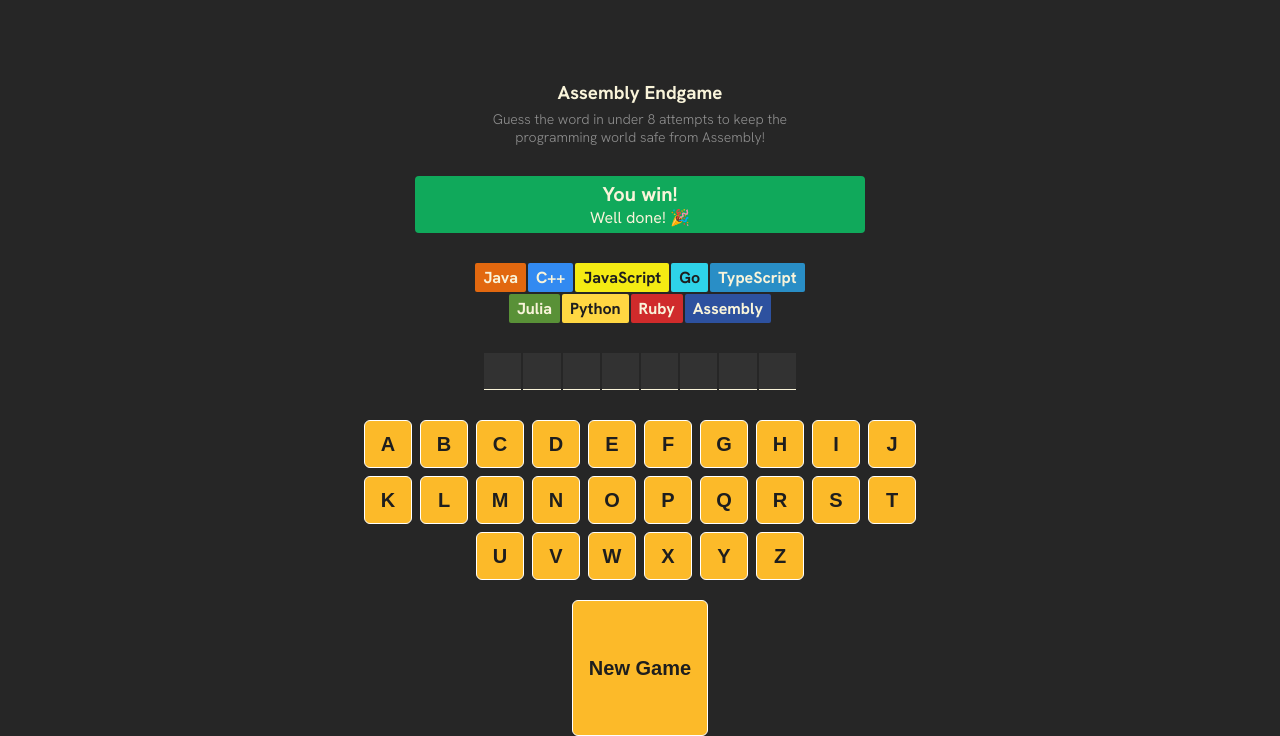
Repository: AchrafAzzaoui/AssemblyEndgame
Page: / (app in assembly-endgame/)
These files come from the project's save history. The page is drawn as it stood at one moment and after the next save; the edit follows.
The browser window is 1280 px wide. The pictures show the whole page.
The project was rebuilt for these pictures with package versions that can differ from the ones it lists, and the page was loaded fresh each time. Also part of the build but not shown: assembly-endgame/vite.config.js.

Above is the page before, as saved 2024-12-25 15:51:31.

### assembly-endgame/index.html
<!DOCTYPE html>
<html lang="en">
  <head>
    <meta charset="UTF-8" />
    <link rel="icon" type="image/svg+xml" href="/vite.svg" />
    <meta name="viewport" content="width=device-width, initial-scale=1.0" />
    <link
      href="https://fonts.googleapis.com/css2?family=Hanken+Grotesk:wght@300;400;500;600;700&display=swap"
      rel="stylesheet"
    />
    <title>Assembly Endgame</title>
  </head>
  <body>
    <div id="root"></div>
    <script type="module" src="/src/main.jsx"></script>
  </body>
</html>

### assembly-endgame/src/index.css
* {
  margin: 0;
  padding: 0;
  box-sizing: border-box;
}
body {
  font-family: "Hanken Grotesk", sans-serif;
  background-color: #262626;
  color: #d9d9d9;
  padding: 80px 40px;
  height: 100vh;
  display: flex;
  justify-content: center;
}

header {
  text-align: center;
}

.game-title {
  color: #f9f4da;
}
.game-description {
  margin-top: 5px;
  font-weight: 300;
  color: #8e8e8e;
  font-size: 0.875rem;
  max-width: 350px;
}
.game-description,
.game-title {
  text-align: center;
}

/* status */
.game-status {
  width: 100%;
  max-width: 450px;
  background-color: #10a95b;
  color: #f9f4da;
  display: flex;
  flex-direction: column;
  justify-content: space-evenly;
  align-items: center;
  padding: 5px 20px;
  margin: 20px 0;
  border-radius: 4px;
  margin-block: 30px;
}

.game-status h2 {
  font-size: 1.25rem;
  /* margin: 5px; */
}

/* language tags */
.language-tags-container {
  display: flex;
  justify-content: center;
  flex-wrap: wrap;
  gap: 2px;
  max-width: 350px;
}

.language-tag {
  padding: 0.25rem 0.5rem;
  border-radius: 2px;
}

main {
  width: 100%;
  max-width: 600px;
  display: flex;
  flex-direction: column;
  align-items: center;
}

/* letter tiles and word container*/

.word-display {
  width: 100%;
  max-width: 350px;
  display: flex;
  gap: 2px;
  justify-content: center;
  align-items: center;
  margin-top: 30px;
}

.letter-tile {
  background-color: #323232;
  color: #fff;
  padding: 0rem 1rem;
  border-bottom: 1px solid #f9f4da;
  min-width: 2rem;
  text-align: center;
  font-size: 1.25rem;
  aspect-ratio: 1/1;
}

/* keyboard and letter buttons */
.keyboard {
  display: flex;
  flex-wrap: wrap;
  justify-content: center;
  gap: 8px;
  margin-top: 30px;
}

.letter-button {
  background-color: #fcba29;
  color: #1e1e1e;
  padding: 0rem;
  border: 0.5px solid white;
  min-width: 3rem;
  text-align: center;
  font-size: 1rem;
  aspect-ratio: 1/1;
  border-radius: 6px;
  font-weight: 600;
  font-size: 1.25rem;
  line-height: 1.5rem;
  cursor: pointer;
}

/* New game button */

.new-game-button {
  background-color: #fcba29;
  color: #1e1e1e;
  padding: 0.5rem 1rem;
  border: 0.5px solid white;
  min-width: 3rem;
  text-align: center;
  font-size: 1rem;
  aspect-ratio: 1/1;
  border-radius: 6px;
  font-weight: 600;
  font-size: 1.25rem;
  line-height: 1.5rem;
  cursor: pointer;
  margin-top: 20px;
}

### assembly-endgame/src/App.jsx
import { useState } from "react";
import Status from "./components/Status.jsx";
import LanguageTags from "./components/LanguageTags.jsx";
import WordDisplay from "./components/WordDisplay.jsx";
import Keyboard from "./components/Keyboard.jsx";
import NewGameButton from "./components/NewGameButton.jsx";

export default function App() {
  const [currentWord, setCurrentWord] = useState("");

  return (
    <main>
      <header>
        <h3 className="game-title">Assembly Endgame</h3>
        <p className="game-description">
          Guess the word in under 8 attempts to keep the programming world safe
          from Assembly!
        </p>
      </header>
      <Status />
      <LanguageTags />
      <WordDisplay currentWord={currentWord} correctWord={"REFACTOR"} />
      <Keyboard />
      <NewGameButton />
    </main>
  );
}

### assembly-endgame/src/components/Status.jsx
import { useState } from "react";

export default function Status() {
  return (
    <div className="game-status">
      <h2>You win!</h2>
      <p>Well done! 🎉</p>
    </div>
  );
}

### assembly-endgame/src/components/LanguageTags.jsx
import { useState } from "react";
import { languages } from "../data/languages.js";

export default function LanguageTags() {
  const languageTags = languages.map((language) => {
    const { name, backgroundColor, color } = language;
    return (
      <div
        className="language-tag"
        style={{ backgroundColor: backgroundColor, color: color }}
      >
        <h4>{name}</h4>
      </div>
    );
  });
  return <div className="language-tags-container">{languageTags}</div>;
}

### assembly-endgame/src/components/WordDisplay.jsx
import { useState } from "react";

export default function WordDisplay({ currentWord, correctWord }) {
  const currWordLetters = currentWord
    .split("")
    .map((letter) => letter.toUpperCase());
  const correctWordLetters = correctWord
    .split("")
    .map((letter) => letter.toUpperCase());

  const letterTiles = correctWordLetters.map((letter, index) => {
    return (
      <span className="letter-tile" key={index}>
        {currWordLetters[index] || "\u00A0"}
      </span>
    );
  });
  return <div className="word-display">{letterTiles}</div>;
}

### assembly-endgame/src/components/Keyboard.jsx
export default function Keyboard() {
  const letters = "ABCDEFGHIJKLMNOPQRSTUVWXYZ".split("");
  const letterButtons = letters.map((letter) => {
    return (
      <button key={letter} className="letter-button">
        {letter}
      </button>
    );
  });
  return <div className="keyboard">{letterButtons}</div>;
}

### assembly-endgame/src/components/NewGameButton.jsx
export default function NewGameButton() {
  return <button className="new-game-button">New Game</button>;
}

### assembly-endgame/src/data/languages.js
export const languages = [
  {
    name: "Java",
    backgroundColor: "#E2680F",
    color: "#F9F4DA",
  },
  {
    name: "C++",
    backgroundColor: "#328AF1",
    color: "#F9F4DA",
  },
  {
    name: "JavaScript",
    backgroundColor: "#F4EB13",
    color: "#1E1E1E",
  },
  {
    name: "Go",
    backgroundColor: "#2ED3E9",
    color: "#1E1E1E",
  },
  {
    name: "TypeScript",
    backgroundColor: "#298EC6",
    color: "#F9F4DA",
  },
  {
    name: "Julia",
    backgroundColor: "#599137",
    color: "#F9F4DA",
  },
  {
    name: "Python",
    backgroundColor: "#FFD742",
    color: "#1E1E1E",
  },
  {
    name: "Ruby",
    backgroundColor: "#D02B2B",
    color: "#F9F4DA",
  },
  {
    name: "Assembly",
    backgroundColor: "#2D519F",
    color: "#F9F4DA",
  },
];

Loaded but not shown: assembly-endgame/src/main.jsx (common file)

After the next save:
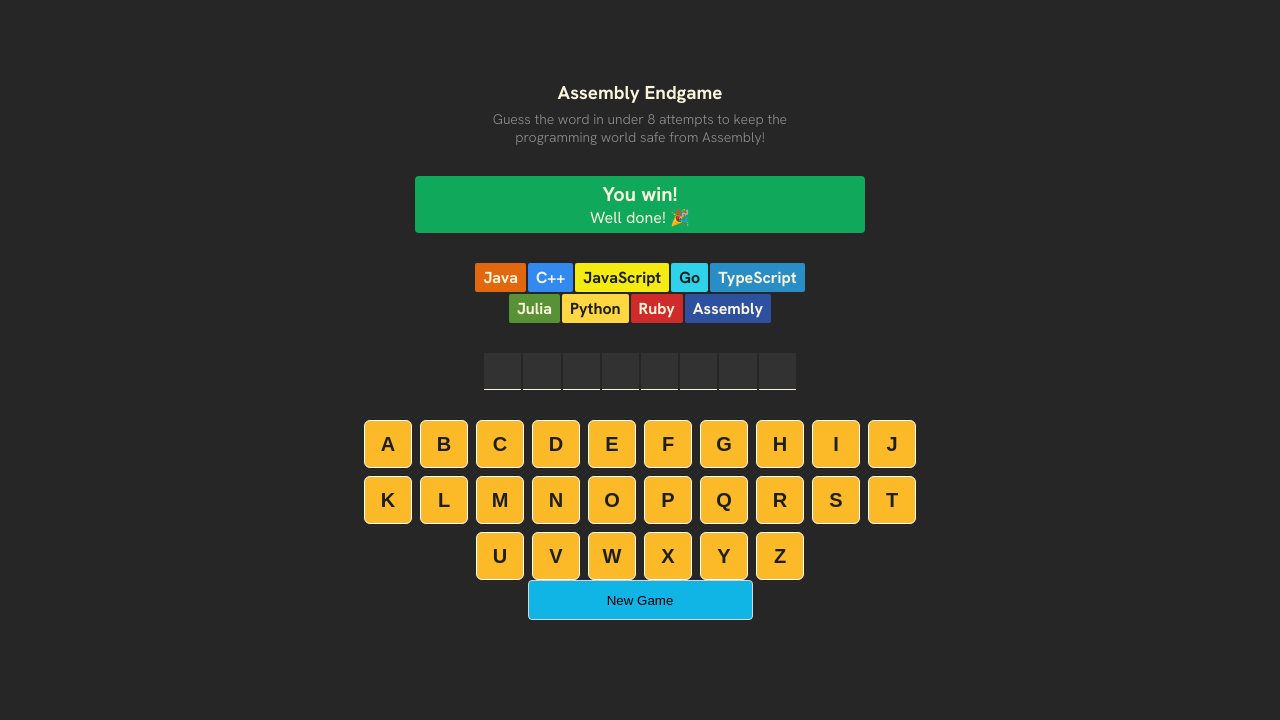
Saved 27 s later.
--- a/assembly-endgame/src/index.css
+++ b/assembly-endgame/src/index.css
@@ -126,18 +126,13 @@
 /* New game button */
 
 .new-game-button {
-  background-color: #fcba29;
-  color: #1e1e1e;
-  padding: 0.5rem 1rem;
-  border: 0.5px solid white;
-  min-width: 3rem;
-  text-align: center;
-  font-size: 1rem;
-  aspect-ratio: 1/1;
-  border-radius: 6px;
-  font-weight: 600;
-  font-size: 1.25rem;
-  line-height: 1.5rem;
+  background-color: #11b5e5;
+  border: 1px solid #d7d7d7;
+  border-radius: 4px;
+  width: 225px;
+  height: 40px;
+  padding: 6px 12px;
+  display: block;
+  margin-inline: auto;
   cursor: pointer;
-  margin-top: 20px;
 }
